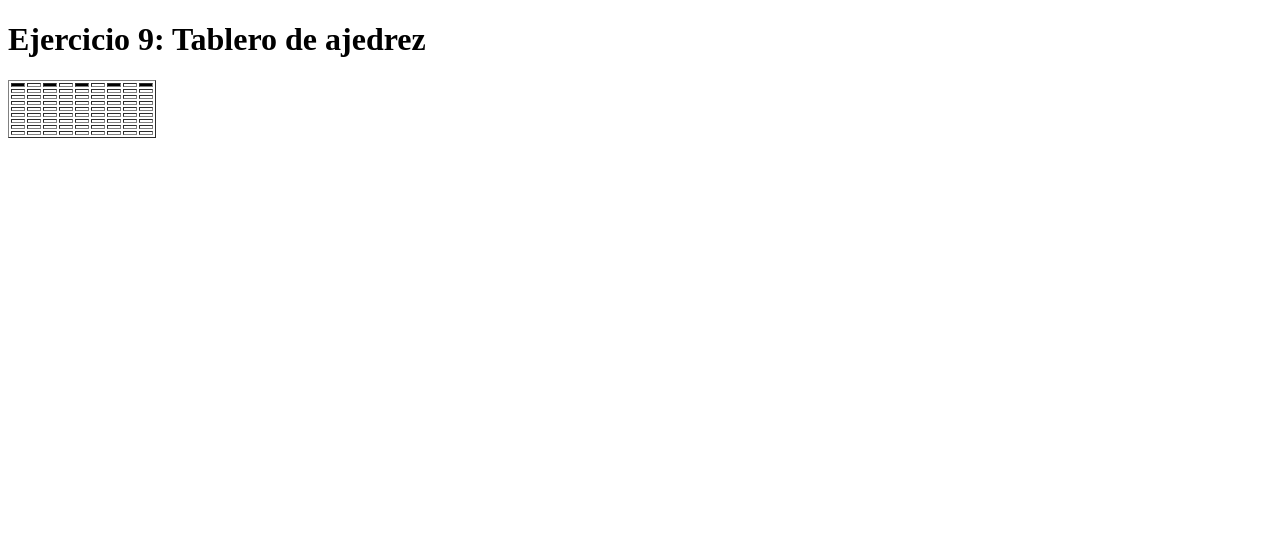
Repository: Ibizus/ejercicios_JSP
Page: http://localhost/ejercicios_Hector/ejercicio9/main.jsp
These files come from the project's save history. The page is drawn as it stood at one moment and after the next save; the edit follows.
The browser window is 1280 px wide. The pictures show the whole page.
The page is served by Tomcat 9.

Above is the page before, as saved 2023-11-15 17:53:44.

### ejercicios_Hector/src/main/webapp/ejercicio9/main.jsp
<%@ page language="java" contentType="text/html; charset=UTF-8"
    pageEncoding="UTF-8"%>
<!DOCTYPE html>
<html>
<head>
<meta charset="UTF-8">
<title>Ejercicio 9</title>
</head>
<body>
	<h1>Ejercicio 9: Tablero de ajedrez</h1>

	<table border=1>
	<%
	for(int i=0; i<=8; i++){
	%>
		<tr>
		<% for(int j=0; j<=8; j++){
		%>
			<td width="10px" bgcolor="
				<%
				if(i+j %2 == 0){
				%>
					black">
				<%
				}else{
				%>
					white">
				<%
				}
				%>

			</td>
			<%
			}
			%>
		</tr>
	<%
	}
	%>
	</table>

</body>
</html>

After the next save:
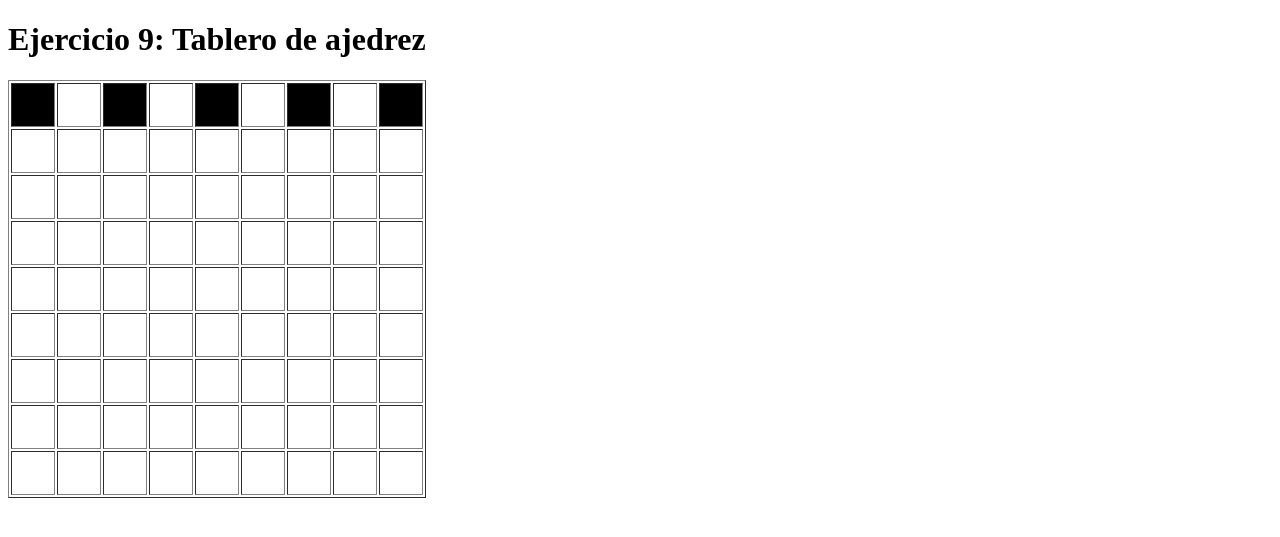
Saved 46 s later.
--- a/ejercicios_Hector/src/main/webapp/ejercicio9/main.jsp
+++ b/ejercicios_Hector/src/main/webapp/ejercicio9/main.jsp
@@ -16,7 +16,7 @@
 		<tr>
 		<% for(int j=0; j<=8; j++){
 		%>
-			<td width="10px" bgcolor="
+			<td width="40px" height="40px" bgcolor="
 				<%
 				if(i+j %2 == 0){
 				%>
